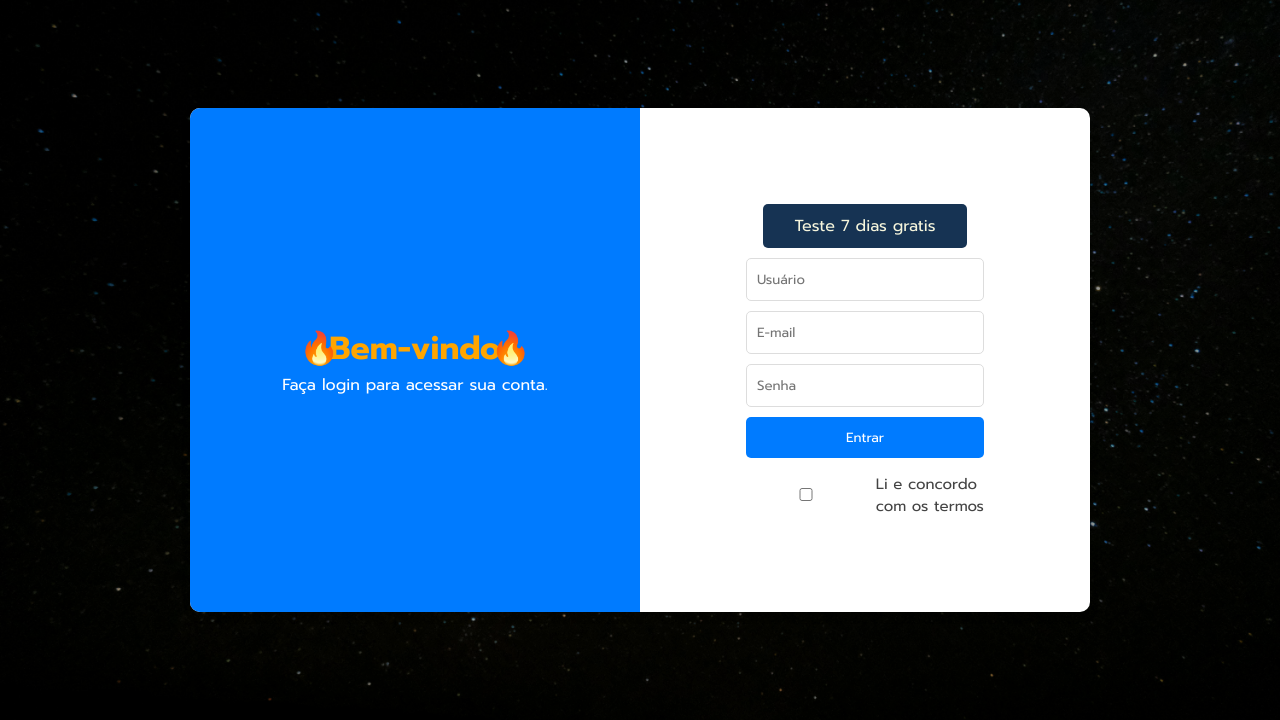
Repository: joao-paulo-paiva/tela-login
Page: index.html
An editor plug-in stored every save of this project. The page is shown before and after the next save, followed by the edit.
The browser window is 1280 px wide. The pictures show the whole page.

Above is the page before, as saved 2025-04-16 11:50:39.

After the next save:
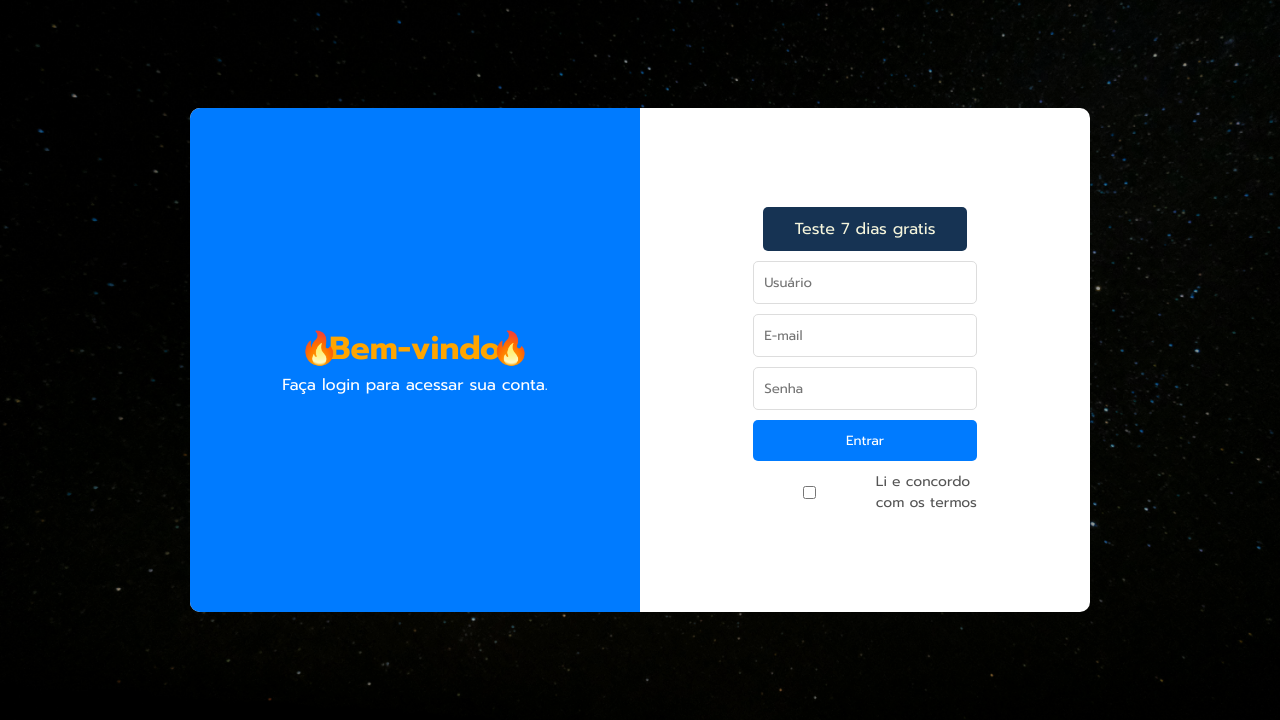
Saved 8 s later.
--- a/style.css
+++ b/style.css
@@ -14,9 +14,7 @@ body {
     background-size: cover;
     background-position: center;
     background-repeat: no-repeat;
-    position: relative;
 }
-
 body::before {
     content: "";
     position: absolute;
@@ -24,9 +22,27 @@ body::before {
     left: 0;
     width: 100%;
     height: 100%;
-    background-color: rgba(0, 0, 0, 0.4);
+    background-color: rgba(0, 0, 0, 0.4); /* Ajuste o último valor para mudar a opacidade */
     z-index: -1;
 }
+
+h1 {
+    position: relative;
+    color: orange;
+}
+
+h1::before {
+    content: "🔥";
+    position: absolute;
+    left: -30px;
+}
+
+h1::after {
+    content: "🔥";
+    position: absolute;
+    right: -30px;
+}
+
 
 .container {
     display: flex;
@@ -36,7 +52,6 @@ body::before {
     background: white;
     border-radius: 10px;
     overflow: hidden;
-    box-shadow: 0px 4px 10px rgba(0, 0, 0, 0.1);
 }
 
 .esquerda, .direita {
@@ -60,24 +75,6 @@ body::before {
     align-items: center;
 }
 
-h1 {
-    position: relative;
-    color: orange;
-    animation: moverTexto 1.5s ease-out forwards;
-}
-
-h1::before {
-    content: "🔥";
-    position: absolute;
-    left: -30px;
-}
-
-h1::after {
-    content: "🔥";
-    position: absolute;
-    right: -30px;
-}
-
 input {
     display: block;
     width: 100%;
@@ -86,7 +83,6 @@ input {
     border: 1px solid #ddd;
     border-radius: 5px;
 }
-
 input:focus {
     outline: none;
     border-color: #007bff;
@@ -95,15 +91,15 @@ input:focus {
 
 .teste-gratis {
     display: flex;
-    justify-content: center;
-    align-items: center;
+    justify-content: center; /* Centraliza horizontalmente */
+    align-items: center; /* Centraliza verticalmente */
     width: 55%;
     padding: 10px;
     background-color: #163353;
     text-decoration: none;
     color: beige;
     border-radius: 5px;
-    text-align: center;
+    text-align: center; /* Garante que o texto esteja centralizado dentro do bloco */
 }
 
 button {
@@ -114,27 +110,26 @@ button {
     border: none;
     border-radius: 5px;
     cursor: pointer;
-    transition: background-color 0.3s ease-in-out;
 }
-
-button:hover {
-    background-color: #0056b3;
-}
-
 .termos {
     display: flex;
     align-items: center;
     gap: 10px;
-    margin-top: 15px;
+    margin-top: 10px;
 }
 
 .termos label {
-    font-size: 15px;
-    color: #444;
+    font-size: 14px;
+    color: #555;
 }
 
 .termos input {
-    accent-color: #007bff;
+    accent-color: #007bff; /* Cor azul quando marcado */
+}
+
+
+.esquerda h1, .esquerda p {
+    animation: moverTexto 1.5s ease-out forwards;
 }
 
 @keyframes moverTexto {
